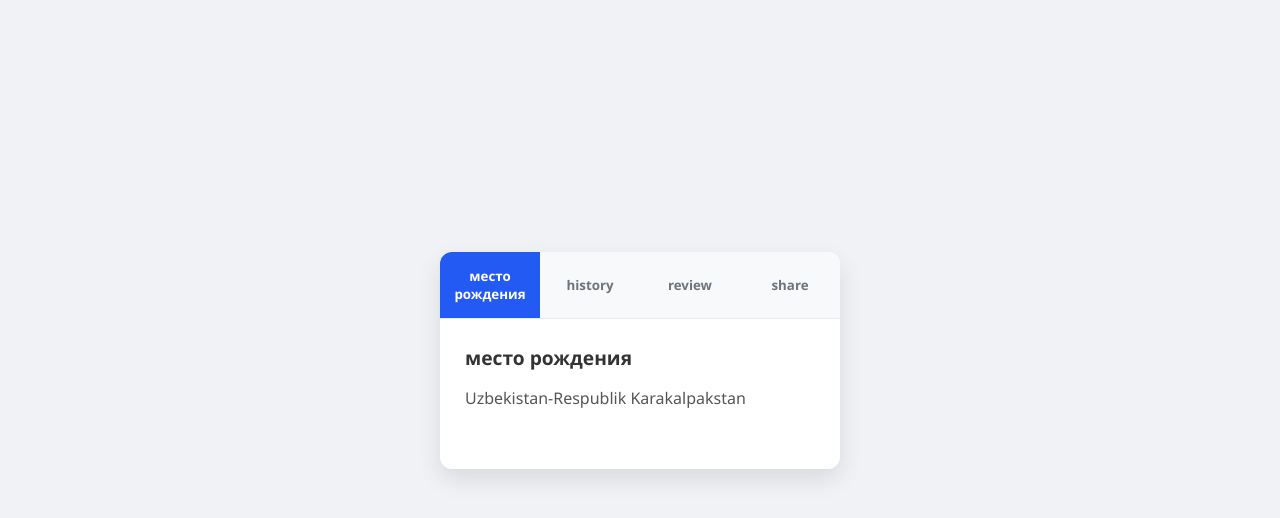
Repository: atamuratov777/info-about-me
Page: index.html
An editor plug-in stored every save of this project. The page is shown before and after the next save, followed by the edit.
The browser window is 1280 px wide. The pictures show the whole page.

Above is the page before, as saved 2026-06-20 15:04:52.

After the next save:
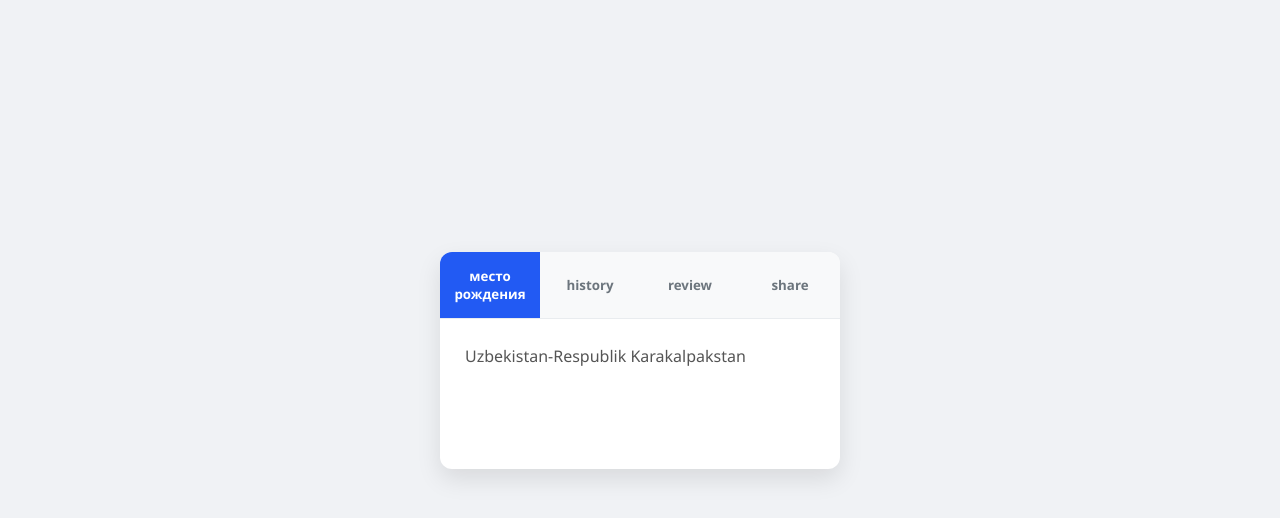
Saved 7 s later.
--- a/index.html
+++ b/index.html
@@ -21,7 +21,7 @@
 
         <div class="card_bottom">
             <div class="text1 active">
-                <h1>место рождения</h1>
+
                 <p>Uzbekistan-Respublik Karakalpakstan</p>
             </div>
 
